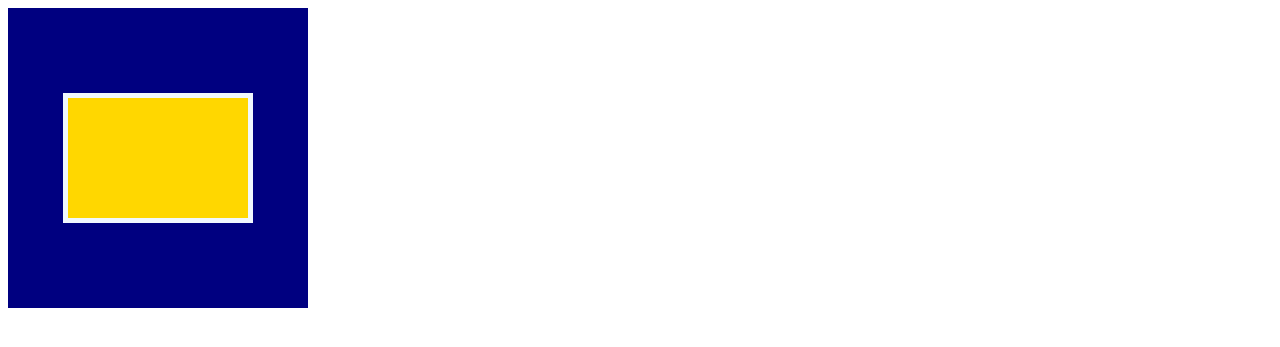
Repository: rascalNoShippo/git-practice
Page: box/box.html
The author's editor kept a record of every edit. The page is drawn from the files as they stood at one moment, then again after the next edit.
The browser window is 1280 px wide. The pictures show the whole page.

Above is the page before.

After the next edit:
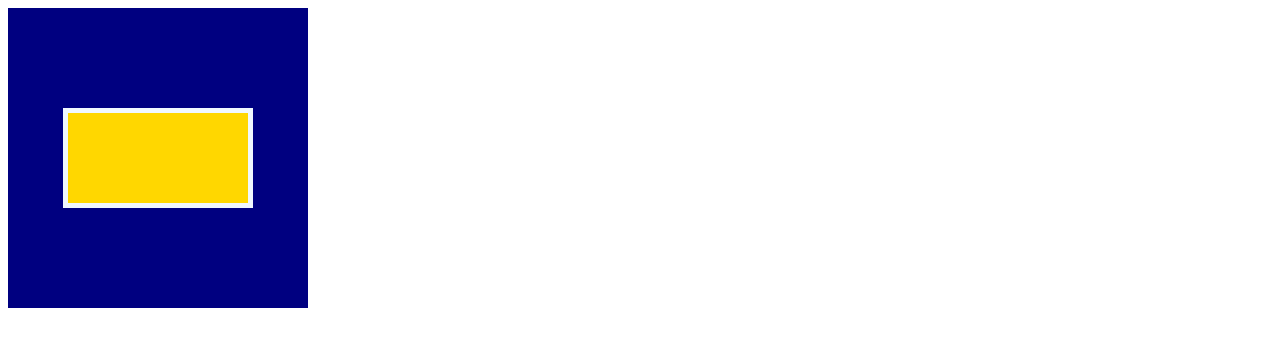
The edit:
--- a/box/box.css
+++ b/box/box.css
@@ -10,7 +10,7 @@
 .box2{
   display: flex;
   width: 60%;
-  height: 40%;
+  height: 30%;
   background-color: gold;
   border: 5px aliceblue solid;
 }
